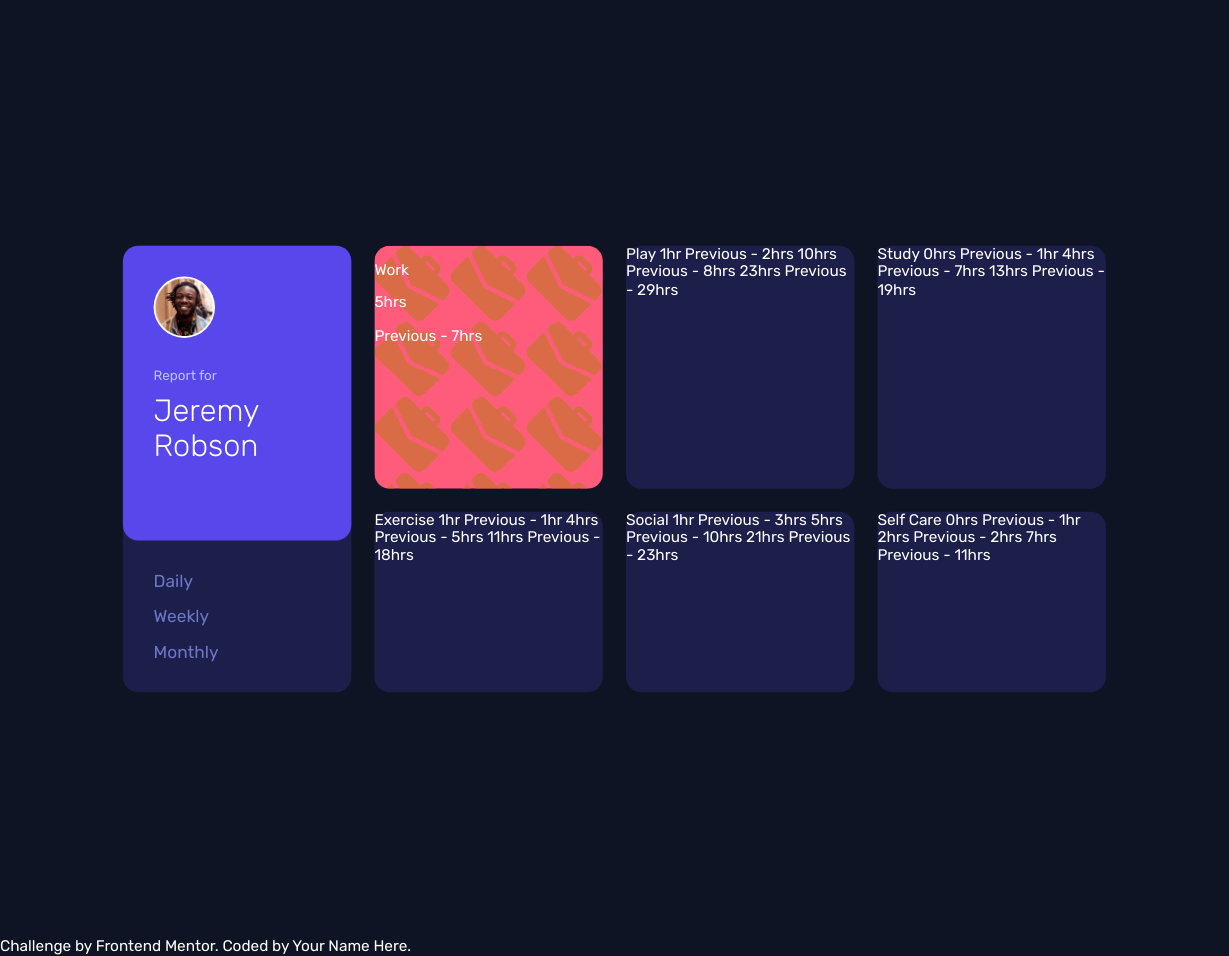
Repository: Jay-JYKim91/FM_time-tracking-dashboard
Page: index.html
The author's editor kept a copy of each file at every save. The page is drawn from the files as they stood at one save, then again after the next save.
The browser window is 1280 px wide. The pictures show the whole page, at 96% of full size.

Above is the page before, as saved 2021-12-15 22:52:11.

After the next save:
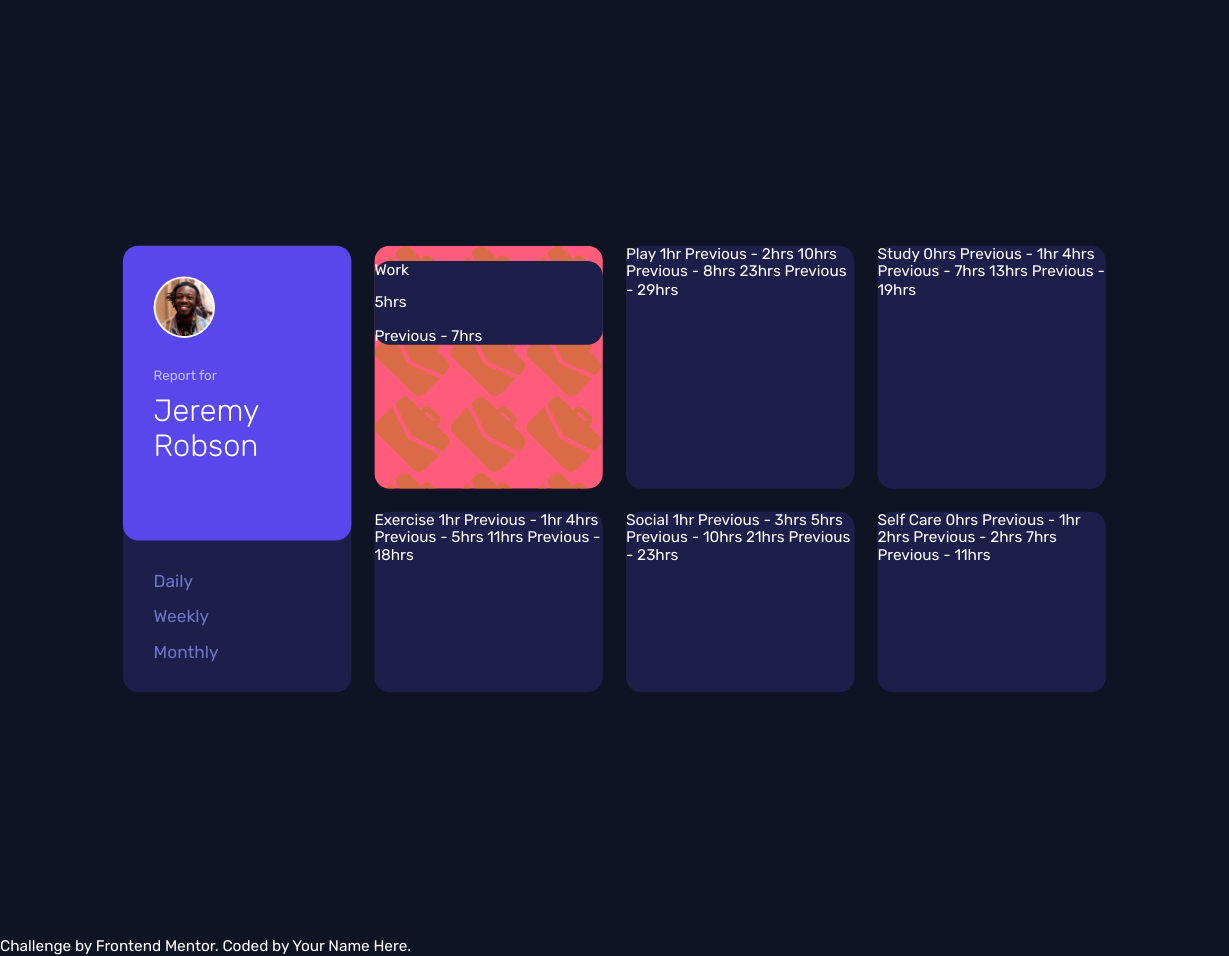
Saved 34 s later.
--- a/index.html
+++ b/index.html
@@ -31,7 +31,7 @@
         </ul>
     </article>
     <article class="card work-bg">
-      <div>
+      <div class="card">
         <p>Work</p>
         <p>5hrs</p>
         <p>Previous - 7hrs</p>
